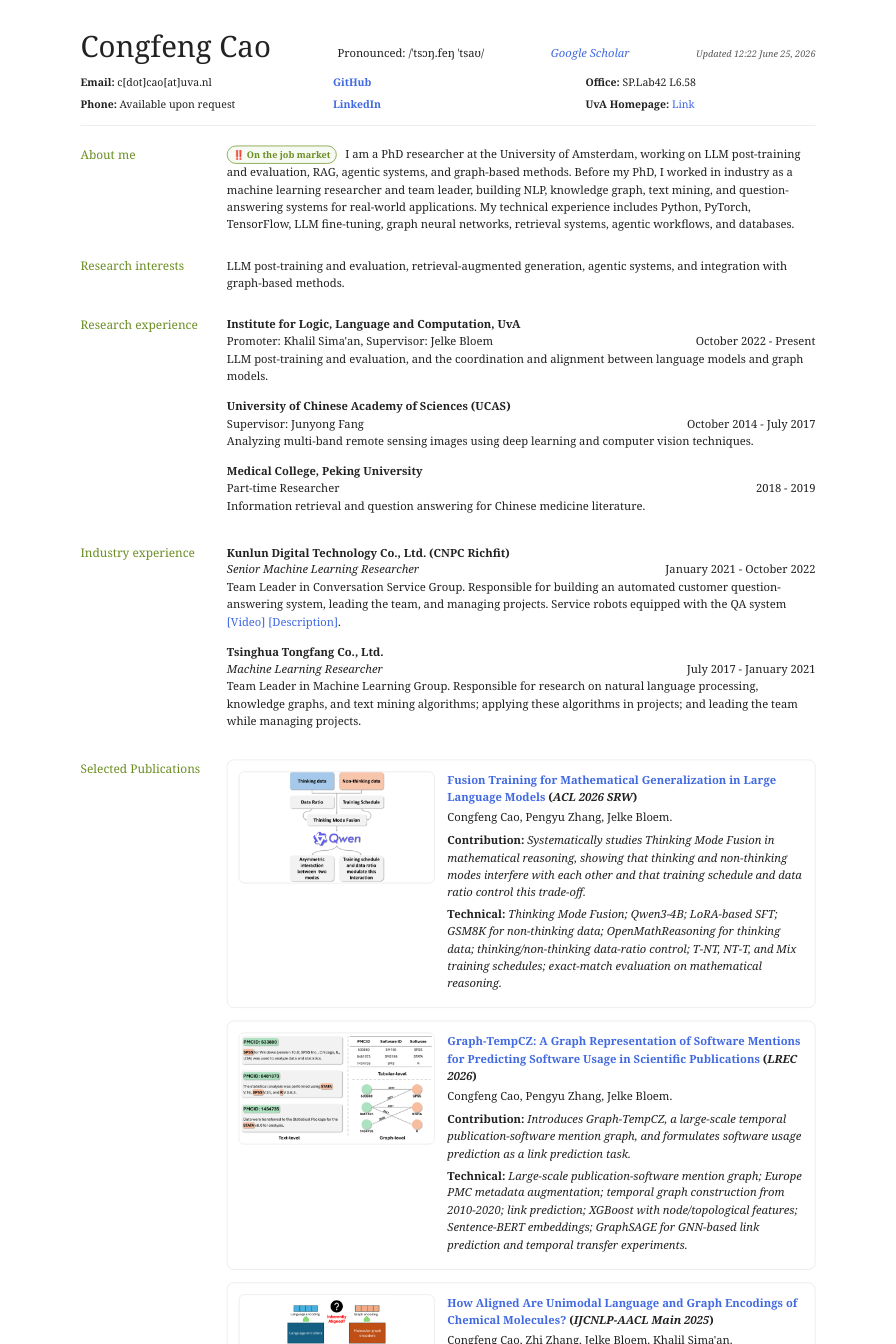
Repository: caocongfeng/caocongfeng.github.io
Page: index.html
An editor plug-in stored every save of this project. The page is shown before and after the next save, followed by the edit.
The browser window is 1280 px wide. The pictures show the part of the page from y = 0 to 1920 px (the page is 4727 px tall), at 70% of full size.

Above is the page before, as saved 2026-06-25 13:06:19.

After the next save:
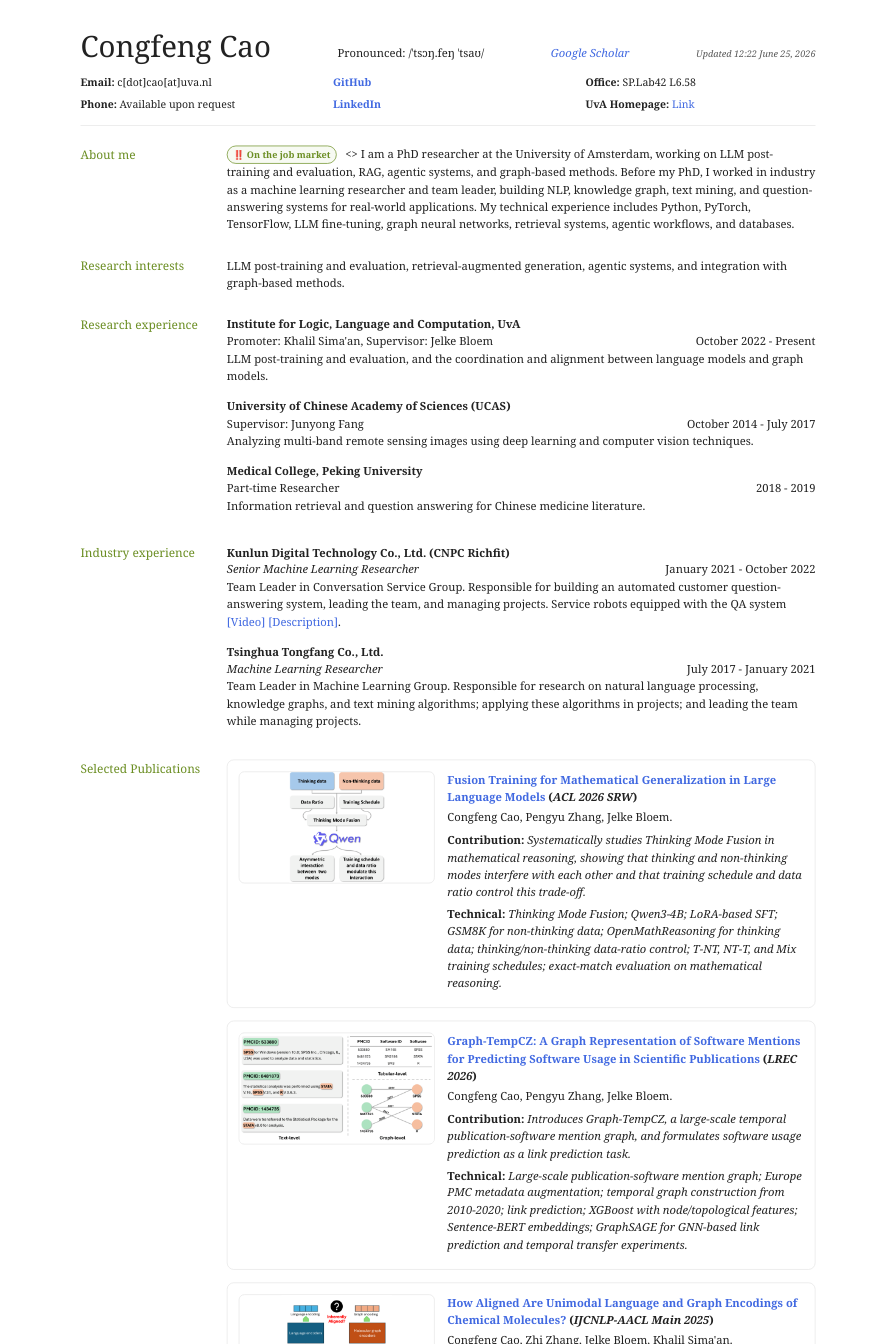
Saved 31 s later.
--- a/index.html
+++ b/index.html
@@ -347,7 +347,7 @@
       <div class="section-title">About me</div>
       <div class="section-content">
         <p>
-          <span class="job-market-badge">‼️ On the job market</span>
+          <span class="job-market-badge">‼️ On the job market</span> <>
 
           I am a PhD researcher at the University of Amsterdam, working on LLM post-training and evaluation, RAG, agentic systems, and graph-based methods. Before my PhD, I worked in industry as a machine learning researcher and team leader, building NLP, knowledge graph, text mining, and question-answering systems for real-world applications. My technical experience includes Python, PyTorch, TensorFlow, LLM fine-tuning, graph neural networks, retrieval systems, agentic workflows, and databases.</p>
       </div>
